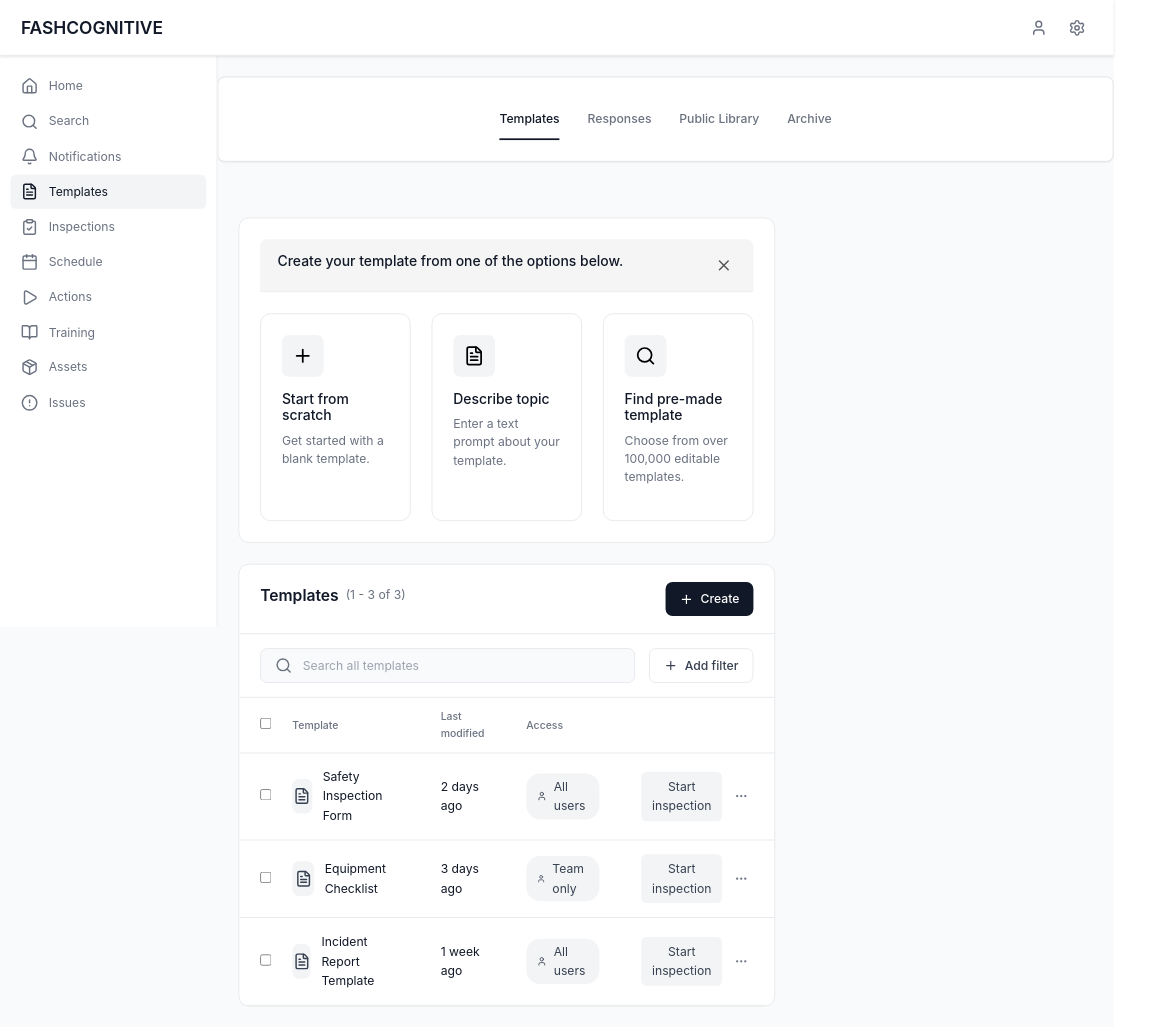
Repository: loganand612/fashcognitive-intern
Page: /template (app in fash/)
An editor plug-in stored every save of this project. The page is shown before and after the next save, followed by the edit.
The browser window is 1280 px wide. The page is 1323 px wide, so the pictures cover 1323 px, including what lies to the right of the window. The pictures show the whole page, at 87% of full size.
The project was rebuilt for these pictures with package versions that can differ from the ones it lists, and the page was loaded fresh each time. Also part of the build but not shown: fash/src/pages/Login.css, fash/src/pages/Register.css, fash/src/pages/Home.tsx, fash/src/pages/Login.tsx, fash/src/pages/Register.tsx, fash/src/pages/Home2.tsx, fash/src/pages/Create_template.tsx, fash/src/pages/Dashboard.tsx. Imported but missing from the stored project, and not drawn on this page: fash/src/pages/assets/head1.mp4.

Above is the page before, as saved 2025-04-12 18:20:25.

### fash/src/index.tsx
import React from 'react';
import ReactDOM from 'react-dom/client';

// Import third-party styles first
import 'bootstrap/dist/css/bootstrap.min.css';
import '@fortawesome/fontawesome-free/css/all.min.css';

// Import page-specific styles last
import './pages/Home.css';
import './pages/Home2.css';
import './pages/Login.css';
import './pages/Register.css';
import './pages/Dashboard.css';
import './pages/Template.css';
import './pages/Create_template.css';

import App from './App';
import reportWebVitals from './reportWebVitals';

const root = ReactDOM.createRoot(
  document.getElementById('root') as HTMLElement
);
root.render(
  <React.StrictMode>
    <App />
  </React.StrictMode>
);

// If you want to start measuring performance in your app, pass a function
// to log results (for example: reportWebVitals(console.log))
// or send to an analytics endpoint. Learn more: https://bit.ly/CRA-vitals
reportWebVitals();

### fash/src/pages/Home.css
/* Reset & Base Styles */
* {
  margin: 0;
  padding: 0;
  box-sizing: border-box;
  font-family: -apple-system, BlinkMacSystemFont, 'Segoe UI', Roboto, sans-serif;
}

body {
  font-family: -apple-system, BlinkMacSystemFont, 'Segoe UI', Roboto, sans-serif;
  background-color: #f8f9fe;
  color: #1f2937;
  line-height: 1.5;
}

/* Layout */
.page-wrapper {
  min-height: 100vh;
  display: flex;
  flex-direction: column;
}

.content-wrapper {
  display: flex;
  flex: 1;
  position: relative;
}

/* Navigation */
.navbar {
  background: white;
  height: 64px;
  padding: 0 2rem;
  box-shadow: 0 1px 3px rgba(0,0,0,0.1);
  display: flex;
  align-items: center;
  justify-content: space-between;
  position: fixed;
  top: 0;
  left: 0;
  right: 0;
  z-index: 1000;
}

.logo {
  font-weight: bold;
  font-size: 1.5rem;
  color: #302d2d;
  text-decoration: none;
  transition: all 0.3s ease;
}

.logo:hover {
  color: #2563eb;
}

.nav-links {
  display: flex;
  gap: 1rem;
  align-items: center;
}

/* Buttons */
.btn {
  padding: 0.5rem 1rem;
  border-radius: 0.375rem;
  border: none;
  cursor: pointer;
  font-size: 0.875rem;
  font-weight: 500;
  text-decoration: none;
  transition: all 0.3s ease;
}

.btn-primary {
  background: #3b82f6;
  color: white;
}

.btn-primary:hover {
  background: #c0ceec;
}

.btn-secondary {
  background: #ffffff;
  border: 1px solid #e5e7eb;
  color: #4b5563;
}

.btn-secondary:hover {
  background: #d2d5da;
}

/* Language Selector */
.language-select {
  position: relative;
}

.language-btn {
  display: flex;
  align-items: center;
  gap: 0.5rem;
  padding: 0.5rem 1rem;
  border: 1px solid #e5e7eb;
  border-radius: 1.5rem;
  background: white;
  cursor: pointer;
  transition: all 0.3s ease;
}

.language-btn:hover {
  border-color: #3b82f6;
}

.language-dropdown {
  position: absolute;
  top: calc(100% + 0.5rem);
  right: 0;
  background: white;
  border-radius: 0.5rem;
  box-shadow: 0 4px 6px rgba(0,0,0,0.1);
  padding: 0.5rem 0;
  display: none;
  min-width: 150px;
  z-index: 1000;
}

.language-select:hover .language-dropdown {
  display: block;
}

.language-option {
  padding: 0.5rem 1rem;
  cursor: pointer;
  transition: all 0.3s ease;
}

.language-option:hover {
  background: #f8f9fe;
  color: #3b82f6;
}

/* Notification Badge */
.notification-badge {
  position: relative;
}

.notification-badge::after {
  content: '';
  position: absolute;
  top: -2px;
  right: -2px;
  width: 8px;
  height: 8px;
  background-color: #ef4444;
  border-radius: 50%;
  border: 2px solid white;
}

/* Sidebar */
.sidebar {
  width: 250px;
  background: white;
  height: calc(100vh - 64px);
  position: fixed;
  top: 64px;
  left: 0;
  padding: 1.5rem 1rem;
  border-right: 1px solid #e5e7eb;
  overflow-y: auto;
  z-index: 100;
}

.sidebar-link {
  display: flex;
  align-items: center;
  padding: 0.75rem 1rem;
  color: #4b5563;
  text-decoration: none;
  border-radius: 0.5rem;
  margin-bottom: 0.5rem;
  transition: all 0.3s ease;
}

.sidebar-link:hover {
  background: #f8f9fe;
  color: #3b82f6;
}

.sidebar-link.active {
  background: #3b82f6;
  color: white;
}

/* Main Content */
.main-content {
  margin-left: 250px;
  margin-top: 64px;
  padding: 5rem;
  width: calc(100% - 250px);
  min-height: calc(100vh - 64px);
}

.landing-content {
  display: flex;
  justify-content: space-between;
  align-items: center;
  gap: 4rem;
  max-width: 1200px;
  margin: 0 auto;
}

.content-left {
  flex: 1;
}

.content-left h1 {
  font-size: 2.5rem;
  color: #1f2937;
  margin-bottom: 2rem;
  line-height: 1.2;
}

.feature-list {
  list-style: none;
}

.feature-list li {
  display: flex;
  align-items: center;
  gap: 1rem;
  margin-bottom: 1rem;
  color: #4b5563;
}

.feature-list li::before {
  content: "";
  width: 20px;
  height: 20px;
  background: #3b82f6;
  border-radius: 50%;
  opacity: 0.2;
}

.qr-container {
  background: white;
  padding: 1rem;
  border-radius: 20px;
  box-shadow: 0 10px 15px rgba(0,0,0,0.1);
  transition: all 0.3s ease;
}

.qr-container:hover {
  transform: translateY(-5px);
  box-shadow: 0 4px 6px rgba(0,0,0,0.1);
}

.qr-code {
  width: 100%;
  max-width: 300px;
}

/* Footer */
.footer {
  background: white;
  padding: 5rem 7rem;
  margin-top: auto;
  margin-left: 250px;
}

.footer-content {
  max-width: 1500px;
  margin: 0 auto;
  display: grid;
  grid-template-columns: repeat(4, 1fr);
  gap: 2rem;
}

.footer-section h3 {
  color: #3b82f6;
  margin-bottom: 1rem;
  font-size: 1.1rem;
}

.footer-section ul {
  list-style: none;
}

.footer-section ul li {
  margin-bottom: 0.5rem;
}

.footer-section ul li a {
  color: #4b5563;
  text-decoration: none;
  transition: all 0.3s ease;
}

.footer-section ul li a:hover {
  color: #3b82f6;
}

.footer-bottom {
  max-width: 1200px;
  margin: 2rem auto 0;
  padding-top: 6rem;
  border-top: 1px solid #e5e7eb;
  text-align: center;
}

.store-buttons {
  display: flex;
  justify-content: center;
  gap: 1rem;
  margin-top: 1rem;
}

.store-buttons img {
  height: 40px;
  transition: all 0.3s ease;
}

.store-buttons img:hover {
  transform: translateY(-2px);
}

/* Mobile Menu Button */
.mobile-menu-btn {
  display: none;
  padding: 0.5rem;
  cursor: pointer;
  background: none;
  border: none;
}

/* Responsive Design */
@media (max-width: 1024px) {
  .sidebar {
      width: 200px;
  }

  .main-content {
      margin-left: 200px;
      width: calc(100% - 200px);
  }

  .footer {
      margin-left: 200px;
  }
}

@media (max-width: 768px) {
  .navbar {
      padding: 0 1rem;
  }

  .mobile-menu-btn {
      display: block;
  }

  .nav-links {
      display: none;
  }

  .nav-links.active {
      display: flex;
      flex-direction: column;
      position: absolute;
      top: 64px;
      left: 0;
      right: 0;
      background: white;
      padding: 1rem;
      box-shadow: 0 4px 6px rgba(0,0,0,0.1);
  }

  .sidebar {
      transform: translateX(-100%);
      transition: transform 0.3s ease;
  }

  .sidebar.active {
      transform: translateX(0);
  }

  .main-content,
  .footer {
      margin-left: 0;
      width: 100%;
  }

  .landing-content {
      flex-direction: column;
      text-align: center;
      padding: 1rem;
  }

  .content-left h1 {
      font-size: 2rem;
  }

  .footer-content {
      grid-template-columns: repeat(2, 1fr);
  }
}

@media (max-width: 480px) {
  .footer-content {
      grid-template-columns: 1fr;
  }
}

### fash/src/pages/Dashboard.css
.dashboard-container {
  display: flex;
  flex-direction: column;
  min-height: 100vh;
}

/* Navbar */
.navbar {
  position: fixed;
  top: 0;
  left: 0;
  right: 0;
  height: 64px;
  background: white;
  border-bottom: 1px solid #e5e7eb;
  display: flex;
  align-items: center;
  justify-content: space-between;
  padding: 0 24px;
  z-index: 50;
}

.navbar-brand {
  font-size: 20px;
  font-weight: 600;
}

.navbar-actions {
  display: flex;
  gap: 8px;
}

.nav-button {
  padding: 8px;
  background: none;
  border: none;
  border-radius: 8px;
  color: #6b7280;
  cursor: pointer;
  transition: all 0.2s;
}

.nav-button:hover {
  background-color: #f3f4f6;
  color: #111827;
}

.nav-icon {
  width: 20px;
  height: 20px;
}

/* Sidebar */
.sidebar {
  position: fixed;
  top: 64px;
  left: 0;
  width: 250px;
  height: calc(100vh - 64px);
  background: white;
  border-right: 1px solid #e5e7eb;
  padding: 16px 12px;
  overflow-y: auto;
}

.sidebar-nav {
  display: flex;
  flex-direction: column;
  gap: 2px;
}

.nav-link {
  display: flex;
  align-items: center;
  padding: 8px 12px;
  color: #6b7280;
  text-decoration: none;
  border-radius: 6px;
  transition: all 0.2s;
}

.nav-link:hover {
  background-color: #f3f4f6;
  color: #111827;
}

.nav-link .nav-icon {
  margin-right: 12px;
}

/* Main Content */
.main-content {
  margin-left: 250px;
  margin-top: 64px;
  padding: 32px;
  background-color: #f9fafb;
  min-height: calc(100vh - 64px);
}

/* Header Section */
.header-section {
  display: flex;
  justify-content: space-between;
  align-items: center;
  margin-bottom: 24px;
}

.page-title {
  font-size: 24px;
  font-weight: 600;
  color: #111827;
}

.user-tags {
  display: flex;
  align-items: center;
  gap: 8px;
}

.user-tag {
  display: flex;
  align-items: center;
  justify-content: center;
  min-width: 32px;
  height: 32px;
  padding: 0 12px;
  background-color: #f3f4f6;
  border-radius: 16px;
  font-size: 14px;
  font-weight: 500;
  color: #374151;
}

.user-count {
  display: flex;
  align-items: center;
  justify-content: center;
  height: 32px;
  padding: 0 12px;
  background-color: #f3f4f6;
  border-radius: 16px;
  font-size: 14px;
  font-weight: 500;
  color: #374151;
}

.add-user-button {
  height: 32px;
  padding: 0 16px;
  background-color: #111827;
  color: white;
  border: none;
  border-radius: 16px;
  font-size: 14px;
  font-weight: 500;
  cursor: pointer;
  transition: background-color 0.2s;
}

.add-user-button:hover {
  background-color: #1f2937;
}

/* Summary Cards */
.summary-cards {
  display: grid;
  grid-template-columns: repeat(3, 1fr);
  gap: 24px;
  margin-bottom: 32px;
}

.summary-card {
  background: white;
  border: 1px solid #e5e7eb;
  border-radius: 12px;
  padding: 24px;
  display: flex;
  align-items: center;
  justify-content: space-between;
}

.card-content {
  display: flex;
  align-items: center;
  gap: 16px;
}

.card-icon {
  width: 48px;
  height: 48px;
  background: #f3f4f6;
  border-radius: 8px;
  display: flex;
  align-items: center;
  justify-content: center;
}

.card-icon .icon {
  width: 24px;
  height: 24px;
  color: #374151;
}

.card-info {
  display: flex;
  flex-direction: column;
}

.card-count {
  font-size: 24px;
  font-weight: 600;
  color: #111827;
  line-height: 1.2;
}

.card-label {
  font-size: 14px;
  color: #6b7280;
}

.card-sublabel {
  font-size: 12px;
  color: #9ca3af;
  margin-top: 2px;
}

.card-arrow {
  width: 20px;
  height: 20px;
  color: #9ca3af;
}

/* Recent Activity */
.recent-activity {
  background: white;
  border: 1px solid #e5e7eb;
  border-radius: 12px;
  overflow: hidden;
}

.section-title {
  font-size: 18px;
  font-weight: 600;
  color: #111827;
  padding: 20px 24px;
  border-bottom: 1px solid #e5e7eb;
}

.activity-list {
  display: flex;
  flex-direction: column;
}

.activity-item {
  display: flex;
  align-items: center;
  justify-content: space-between;
  padding: 16px 24px;
  border-bottom: 1px solid #e5e7eb;
}

.activity-item:last-child {
  border-bottom: none;
}

.activity-info {
  display: flex;
  flex-direction: column;
  gap: 4px;
}

.activity-title {
  font-size: 14px;
  font-weight: 500;
  color: #111827;
}

.activity-meta {
  display: flex;
  gap: 16px;
}

.meta-type,
.meta-date {
  font-size: 14px;
  color: #6b7280;
}

.status-badge {
  padding: 4px 12px;
  border-radius: 16px;
  font-size: 14px;
  font-weight: 500;
}

.status-badge.completed {
  background-color: #f3f4f6;
  color: #111827;
}

.status-badge.in-progress {
  background-color: #f3f4f6;
  color: #6b7280;
}

/* Responsive */
@media (max-width: 1024px) {
  .summary-cards {
    grid-template-columns: repeat(2, 1fr);
  }
}

@media (max-width: 768px) {
  .summary-cards {
    grid-template-columns: 1fr;
  }

  .sidebar {
    width: 64px;
  }

  .nav-link span {
    display: none;
  }

  .main-content {
    margin-left: 64px;
  }
}

### fash/src/pages/Template.css
.app-container {
  min-height: 100vh;
  display: flex;
  flex-direction: column;
  background-color: #f9fafb;
}

/* Navbar */
.navbar {
  position: fixed;
  top: 0;
  left: 0;
  right: 0;
  height: 64px;
  background: white;
  border-bottom: 1px solid #e5e7eb;
  display: flex;
  align-items: center;
  justify-content: space-between;
  padding: 0 24px;
  z-index: 50;
}

.navbar-brand {
  font-size: 20px;
  font-weight: 600;
  color: #111827;
}

.navbar-actions {
  display: flex;
  gap: 8px;
}

.nav-button {
  padding: 8px;
  background: none;
  border: none;
  border-radius: 8px;
  color: #6b7280;
  cursor: pointer;
  transition: all 0.2s;
  display: flex;
  align-items: center;
  justify-content: center;
}

.nav-button:hover {
  background-color: #f3f4f6;
  color: #111827;
}

/* Sidebar */
.sidebar {
  position: fixed;
  top: 64px;
  left: 0;
  width: 250px;
  height: calc(100vh - 64px);
  background: white;
  border-right: 1px solid #e5e7eb;
  padding: 16px 12px;
  overflow-y: auto;
  z-index: 40;
}

.sidebar-nav {
  display: flex;
  flex-direction: column;
  gap: 2px;
}

.nav-link {
  display: flex;
  align-items: center;
  gap: 12px;
  padding: 8px 12px;
  color: #6b7280;
  text-decoration: none;
  border-radius: 6px;
  transition: all 0.2s;
  font-size: 14px;
}

.nav-link:hover {
  background-color: #f3f4f6;
  color: #111827;
}

.nav-link.active {
  background-color: #f3f4f6;
  color: #111827;
}

/* Main Content */
.template-container {
  margin-left: 250px;
  margin-top: 64px;
  min-height: calc(100vh - 64px);
  background-color: #f9fafb;
  flex: 1;
  display: flex;
  flex-direction: column;
}

.template-header {
  position: sticky;
  top: 64px;
  background-color: white;
  border-bottom: 1px solid #e5e7eb;
  z-index: 30;
  margin-bottom: 0;
  width: 100%;
}

.template-tabs {
  max-width: 1200px;
  margin: 0 auto;
  display: flex;
  gap: 32px;
  padding: 0 32px;
  height: 48px; /* Fixed height for the tabs */
  align-items: center;
}

.tab {
  padding: 14px 0;
  font-size: 14px;
  font-weight: 500;
  color: #6b7280;
  background: none;
  border: none;
  border-bottom: 2px solid transparent;
  cursor: pointer;
  transition: all 0.2s;
  height: 100%;
  display: flex;
  align-items: center;
}

.tab:hover {
  color: #111827;
}

.tab.active {
  color: #111827;
  border-bottom-color: #111827;
}

.template-content {
  max-width: 1200px;
  margin: 0 auto;
  padding: 16px 32px;
}

/* Creation Section */
.creation-section {
  background: white;
  border-radius: 12px;
  border: 1px solid #e5e7eb;
  margin-top: 8px;
  margin-bottom: 24px;
  padding: 24px;
}

.section-header {
  display: flex;
  justify-content: space-between;
  align-items: center;
  margin-bottom: 24px;
}

.section-header h2 {
  font-size: 16px;
  font-weight: 500;
  color: #111827;
}

.close-button {
  padding: 8px;
  background: none;
  border: none;
  border-radius: 8px;
  color: #6b7280;
  cursor: pointer;
  transition: all 0.2s;
  display: flex;
  align-items: center;
  justify-content: center;
}

.close-button:hover {
  background-color: #f3f4f6;
  color: #111827;
}

.creation-options {
  display: grid;
  grid-template-columns: repeat(3, 1fr);
  gap: 24px;
}

.option-card {
  background: white;
  border: 1px solid #e5e7eb;
  border-radius: 12px;
  padding: 24px;
  cursor: pointer;
  transition: all 0.2s;
}

.option-card:hover {
  border-color: #9ca3af;
}

.option-icon {
  width: 48px;
  height: 48px;
  background: #f3f4f6;
  border-radius: 8px;
  display: flex;
  align-items: center;
  justify-content: center;
  margin-bottom: 16px;
}

.option-card h3 {
  font-size: 16px;
  font-weight: 500;
  color: #111827;
  margin-bottom: 8px;
}

.option-card p {
  font-size: 14px;
  color: #6b7280;
  line-height: 1.5;
}

/* Templates Section */
.templates-section {
  background: white;
  border-radius: 12px;
  border: 1px solid #e5e7eb;
  overflow: hidden;
}

.templates-header {
  display: flex;
  justify-content: space-between;
  align-items: center;
  padding: 20px 24px;
  border-bottom: 1px solid #e5e7eb;
}

.templates-header h2 {
  font-size: 18px;
  font-weight: 600;
  color: #111827;
  display: flex;
  align-items: center;
  gap: 8px;
}

.count {
  font-size: 14px;
  font-weight: normal;
  color: #6b7280;
}

.create-button {
  display: flex;
  align-items: center;
  gap: 8px;
  padding: 8px 16px;
  background-color: #111827;
  color: white;
  border: none;
  border-radius: 8px;
  font-size: 14px;
  font-weight: 500;
  cursor: pointer;
  transition: background-color 0.2s;
}

.create-button:hover {
  background-color: #1f2937;
}

.search-controls {
  display: flex;
  gap: 16px;
  padding: 16px 24px;
  border-bottom: 1px solid #e5e7eb;
}

.search-field {
  flex: 1;
  display: flex;
  align-items: center;
  gap: 12px;
  padding: 8px 16px;
  background: #f9fafb;
  border: 1px solid #e5e7eb;
  border-radius: 8px;
}

.search-icon {
  color: #6b7280;
}

.search-field input {
  flex: 1;
  border: none;
  background: none;
  font-size: 14px;
  color: #111827;
  outline: none;
}

.search-field input::placeholder {
  color: #9ca3af;
}

.filter-button {
  display: flex;
  align-items: center;
  gap: 8px;
  padding: 8px 16px;
  background: white;
  border: 1px solid #e5e7eb;
  border-radius: 8px;
  font-size: 14px;
  font-weight: 500;
  color: #374151;
  cursor: pointer;
  transition: all 0.2s;
}

.filter-button:hover {
  background: #f9fafb;
  border-color: #9ca3af;
}

/* Table Styles */
.templates-table {
  width: 100%;
}

table {
  width: 100%;
  border-collapse: collapse;
}

th {
  padding: 12px 24px;
  font-size: 12px;
  font-weight: 500;
  color: #6b7280;
  text-align: left;
  border-bottom: 1px solid #e5e7eb;
}

td {
  padding: 16px 24px;
  font-size: 14px;
  color: #111827;
  border-bottom: 1px solid #e5e7eb;
}

.checkbox-column {
  width: 48px;
  padding-right: 0;
}

.template-cell {
  display: flex;
  align-items: center;
  gap: 12px;
}

.template-icon {
  width: 40px;
  height: 40px;
  background: #f3f4f6;
  border-radius: 8px;
  display: flex;
  align-items: center;
  justify-content: center;
  color: #374151;
}

.access-badge {
  display: inline-flex;
  align-items: center;
  gap: 8px;
  padding: 4px 12px;
  background: #f3f4f6;
  border-radius: 16px;
  font-size: 14px;
  color: #374151;
}

.action-buttons {
  display: flex;
  align-items: center;
  gap: 8px;
}

.start-inspection {
  padding: 6px 12px;
  background: #f3f4f6;
  border: none;
  border-radius: 6px;
  font-size: 14px;
  color: #374151;
  cursor: pointer;
  transition: all 0.2s;
}

.start-inspection:hover {
  background: #e5e7eb;
}

.more-options {
  padding: 6px;
  background: none;
  border: none;
  border-radius: 6px;
  color: #6b7280;
  cursor: pointer;
  transition: all 0.2s;
  display: flex;
  align-items: center;
  justify-content: center;
}

.more-options:hover {
  background: #f3f4f6;
  color: #374151;
}

/* Responsive */
@media (max-width: 1024px) {
  .creation-options {
    grid-template-columns: repeat(2, 1fr);
  }
}

@media (max-width: 768px) {
  .creation-options {
    grid-template-columns: 1fr;
  }

  .template-tabs {
    gap: 16px;
    padding: 0 16px;
  }

  .template-content {
    padding: 16px;
  }
}

### fash/src/App.tsx
import { BrowserRouter as Router, Route, Routes } from 'react-router-dom';
import Home from './pages/Home';
import Login from './pages/Login';
import Register from './pages/Register';
import Home2 from './pages/Home2';
import Create_template from './pages/Create_template';
import Dashboard from './pages/Dashboard';
import Template from './pages/Template_page';

function App() {
    return (
        <div className="app-container">
            <Router>
                <div className="page-container">
                    <div className="content-container">
                        <Routes>
                            <Route path="/" element={<Home2 />} />
                            <Route path="/login" element={<Login />} />
                            <Route path="/register" element={<Register />} />
                            <Route path="/homee" element={<Home />} />
                            <Route path="/ct" element={<Create_template />} />
                            <Route path="/dashboard" element={<Dashboard />} />
                            <Route path="template" element={<Template />} />
                        </Routes>
                    </div>
                </div>
            </Router>
        </div>
    );
}

export default App;

### fash/src/reportWebVitals.ts
import { onCLS, onFID, onFCP, onLCP, onTTFB } from 'web-vitals';

const reportWebVitals = (onPerfEntry?: (metric: any) => void) => {
  if (onPerfEntry && onPerfEntry instanceof Function) {
    onCLS(onPerfEntry);
    onFID(onPerfEntry);
    onFCP(onPerfEntry);
    onLCP(onPerfEntry);
    onTTFB(onPerfEntry);
  }
};

export default reportWebVitals;

Loaded but not shown: fash/public/index.html (common file); fash/src/pages/Create_template.css (2714 lines, source omitted); fash/src/pages/Home2.css (1263 lines, source omitted); fash/src/pages/Template_page.tsx (192 lines, source omitted)

After the next save:
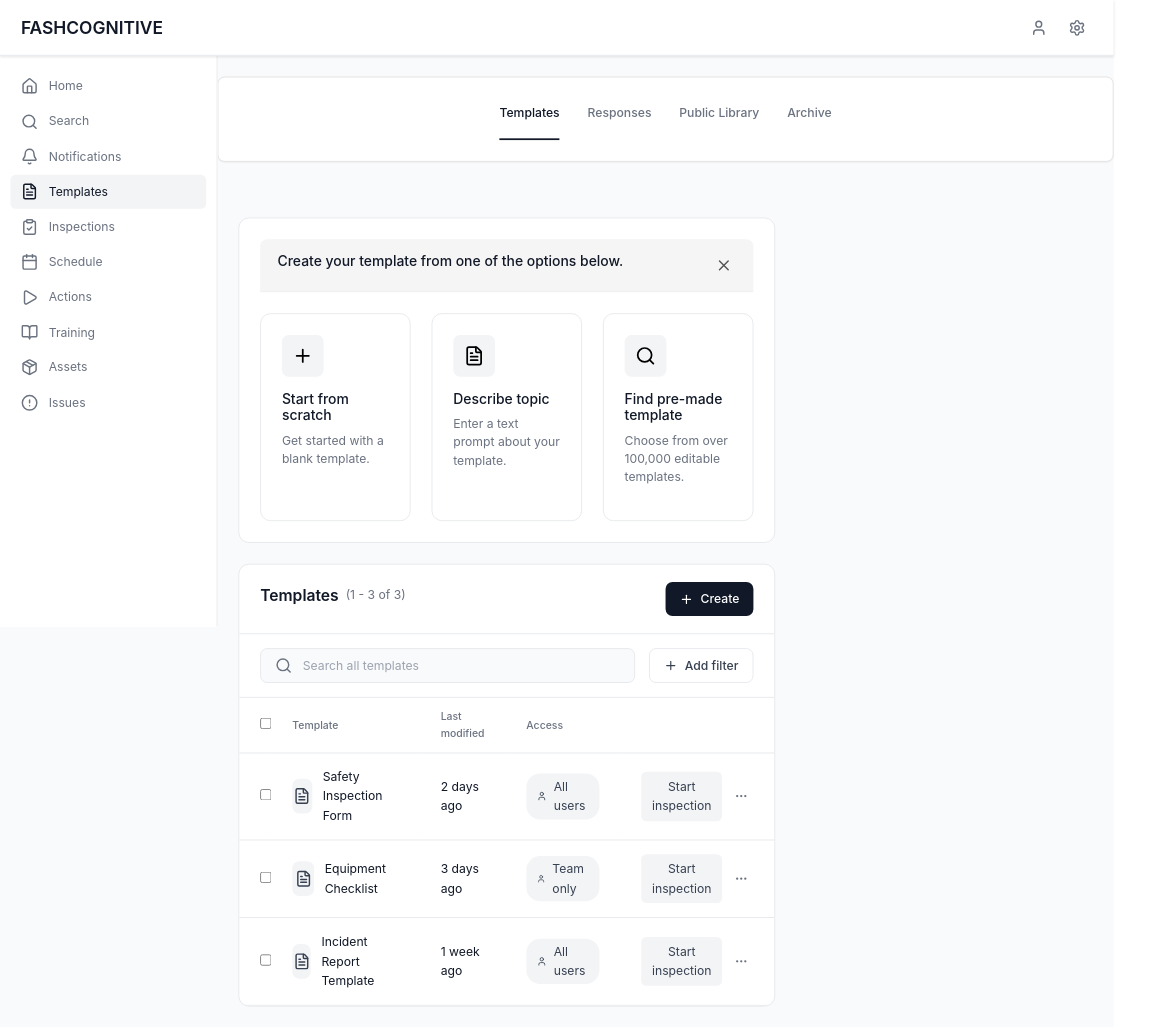
Saved 11 s later.
--- a/fash/src/pages/Template.css
+++ b/fash/src/pages/Template.css
@@ -124,7 +124,7 @@
 }
 
 .tab {
-  padding: 14px 0;
+  padding: 0 0 14px 0;
   font-size: 14px;
   font-weight: 500;
   color: #6b7280;
